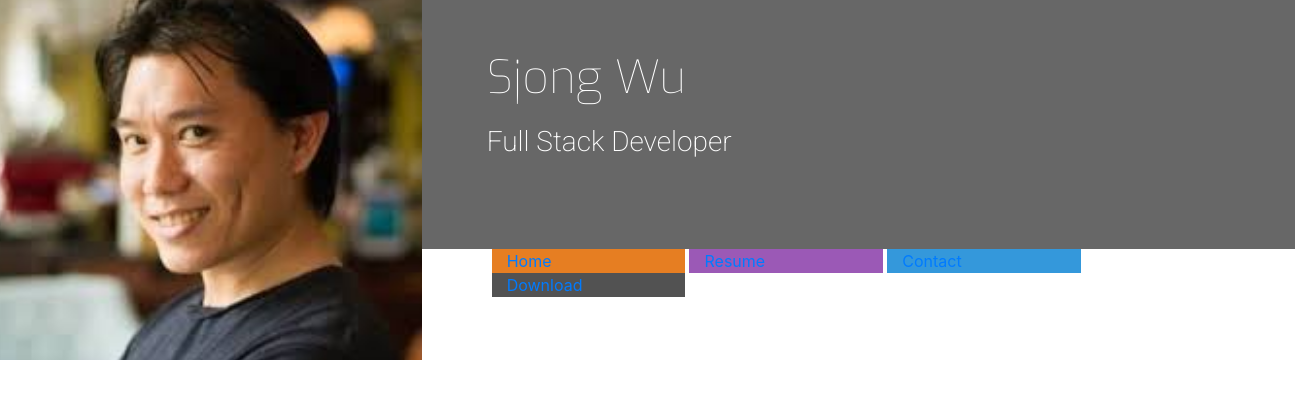
Repository: Scuzeme/codeinstitue-resume-project
Page: index.html
The author's editor kept a record of every edit. The page is drawn from the files as they stood at one moment, then again after the next edit.
The browser window is 1280 px wide. The page is 1295 px wide, so the pictures cover 1295 px, including what lies to the right of the window. The pictures show the whole page.

Above is the page before.

After the next edit:
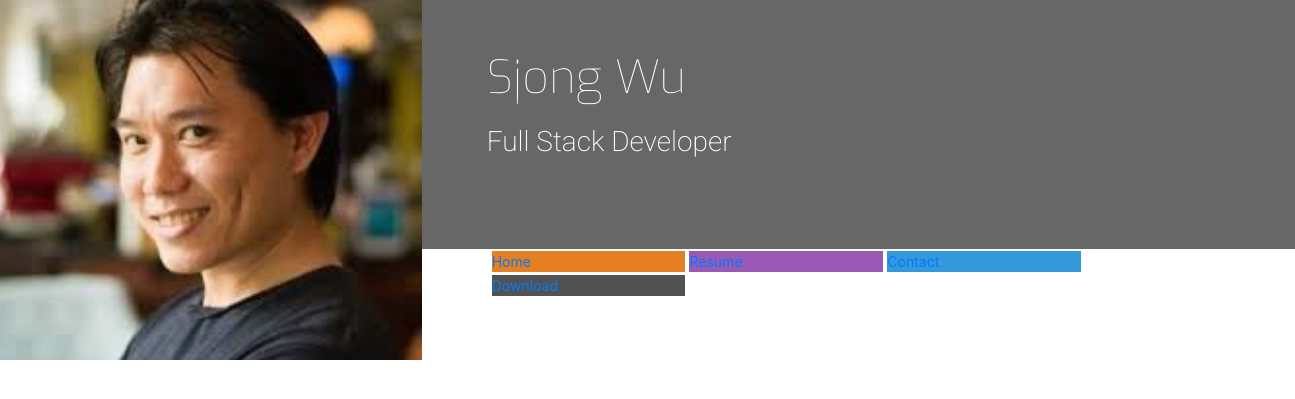
The edit:
--- a/assets/css/style.css
+++ b/assets/css/style.css
@@ -61,3 +61,12 @@
 .list-inline-item:not(:last-child) {
     margin:0;
 }
+
+.menucontainer {
+    font-size:0;
+}
+
+#nav li{
+    font-size:14px;
+    padding:0;
+}
